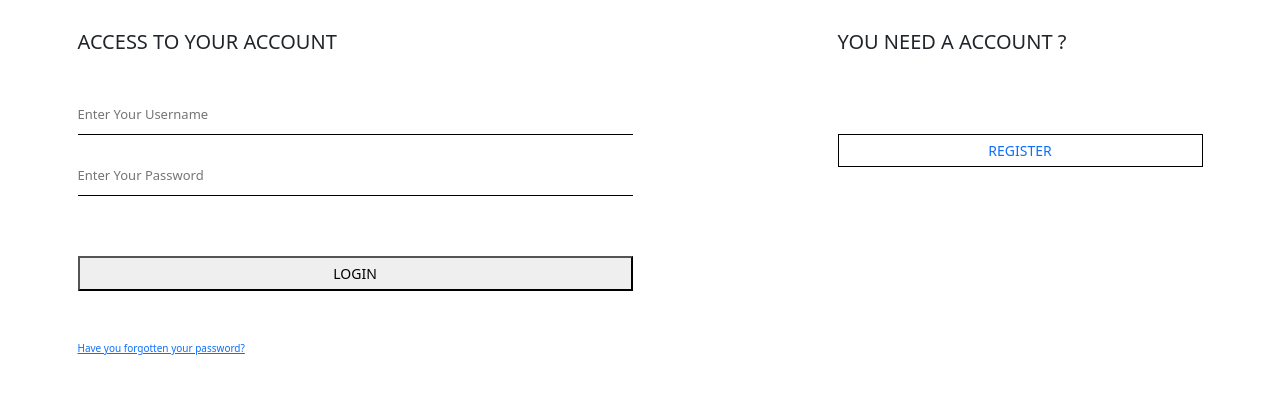
Repository: AnnPTit/Java04_jsp_servelet
Page: http://localhost/Asm/views/login.jsp
These files come from the project's save history. The page is drawn as it stood at one moment and after the next save; the edit follows.
The browser window is 1280 px wide. The pictures show the whole page.
Some web libraries are served in a nearby version. The page is served by Tomcat 9. Nobody is signed in. The application's start-up code is not run. Other server files are loaded and not shown.

Above is the page before, as saved 2023-03-21 10:07:07.

### Asm/src/main/webapp/views/login.jsp
<%@ page language="java" contentType="text/html; charset=UTF-8"
	pageEncoding="UTF-8"%>
<!DOCTYPE html>
<html>
<head>
<meta charset="UTF-8">
<title>Login</title>
<link
	href="https://cdn.jsdelivr.net/npm/bootstrap@5.3.0-alpha1/dist/css/bootstrap.min.css"
	rel="stylesheet"
	integrity="sha384-GLhlTQ8iRABdZLl6O3oVMWSktQOp6b7In1Zl3/Jr59b6EGGoI1aFkw7cmDA6j6gD"
	crossorigin="anonymous">
<link rel="stylesheet"
	href="https://cdnjs.cloudflare.com/ajax/libs/font-awesome/6.3.0/css/all.min.css"
	integrity="sha512-SzlrxWUlpfuzQ+pcUCosxcglQRNAq/DZjVsC0lE40xsADsfeQoEypE+enwcOiGjk/bSuGGKHEyjSoQ1zVisanQ=="
	crossorigin="anonymous" referrerpolicy="no-referrer" />
<link rel="stylesheet" href="../assets/css/Login.css">
</head>
<body>
	<div class="container">
		<div class="row login__main">
			<div class="col-lg-6 col-sm-12">
				<h3 class="login__title">ACCESS TO YOUR ACCOUNT</h3>
				<h4>${error }</h4>
				<form action="${pageContext.request.contextPath }/views/login"
					class="login__input" method="post">
					<input type="text" id="em" placeholder="Enter Your Username"
						required name="username" /> <input type="password" required
						placeholder="Enter Your Password" name="password" />
					<button class="login__btn" type="submit">Login</button>
				</form>

				<a href="#login-forget"
					class="${pageContext.request.contextPath }/views/forgot">Have
					you forgotten your password?</a>
			</div>
			<div class="col-lg-2"></div>
			<div class="col-lg-4 col-sm-12">
				<h3 class="login__title">YOU NEED A ACCOUNT ?</h3>
				<div class="login__input">
					<a class="login__btn register__btn--log"
						href="${pageContext.request.contextPath }/views/register">Register</a>
				</div>
			</div>
		</div>
	</div>

</body>
</html>

### Asm/src/main/webapp/assets/css/Login.css
@charset "UTF-8";

:root { -
	-primary-color: #1c1d1b; -
	-primary--font: "Kanit", sans-serif; -
	-white-color: #fff; -
	-balck--color: #000;
}

html {
	margin: 0;
	padding: 0;
	font-size: 62.5%;
}

.login__main {
	min-height: 550px;
}

.login__title {
	font-size: 2rem;
	margin-top: 30px;
	margin-bottom: 30px;
	text-transform: uppercase;
}

.login__input {
	display: flex;
	flex-direction: column;
}

.login__input input {
	border: none;
	outline: none;
	border-bottom: 1px solid #000;
	line-height: 2rem;
	padding: 10px 0;
	margin: 10px 0;
	font-size: 1.3rem;
}

.login__btn {
	background-color: var(- -primary-color);
	color: var(- -white-color);
	font-size: 1.4rem;
	text-transform: uppercase;
	padding: 5px 0;
	margin-top: 50px;
	margin-bottom: 50px;
	text-align: center;
	text-decoration: none;
}

.login__btn:hover {
	opacity: 0.8;
}

.forget__login {
	text-decoration: none;
	color: var(- -primary-color);
	font-size: 1.4rem;
	font-family: "Segoe UI", Tahoma, Geneva, Verdana, sans-serif;
}

.forget__login:hover {
	text-decoration: underline;
}

.register__btn--log {
	background-color: transparent;
	color: var(- -balck--color);
	border: 1px solid #000;
	text-align: center;
	text-decoration: none;
}
/* Register */
.register__main {
	margin: 50px auto;
}

.register__btn {
	width: 150px;
	height: 40px;
	background-color: #000;
	color: #fff;
	font-size: 1.4rem;
	text-align: center;
}

After the next save:
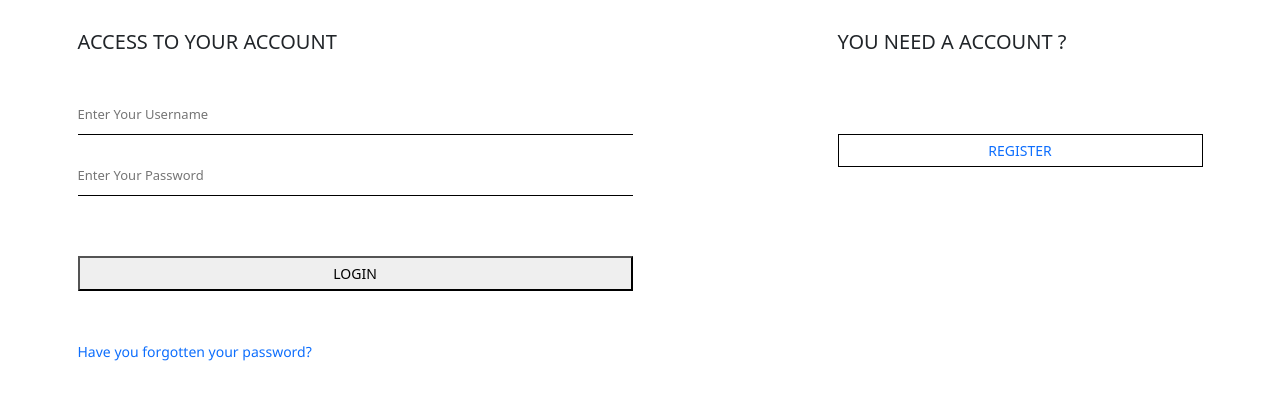
Saved 3 min 24 s later.
--- a/Asm/src/main/webapp/views/login.jsp
+++ b/Asm/src/main/webapp/views/login.jsp
@@ -30,9 +30,8 @@
 					<button class="login__btn" type="submit">Login</button>
 				</form>
 
-				<a href="#login-forget"
-					class="${pageContext.request.contextPath }/views/forgot">Have
-					you forgotten your password?</a>
+				<a href="${pageContext.request.contextPath }/views/forgot" class="forget__login">Have you forgotten
+					your password?</a>
 			</div>
 			<div class="col-lg-2"></div>
 			<div class="col-lg-4 col-sm-12">
